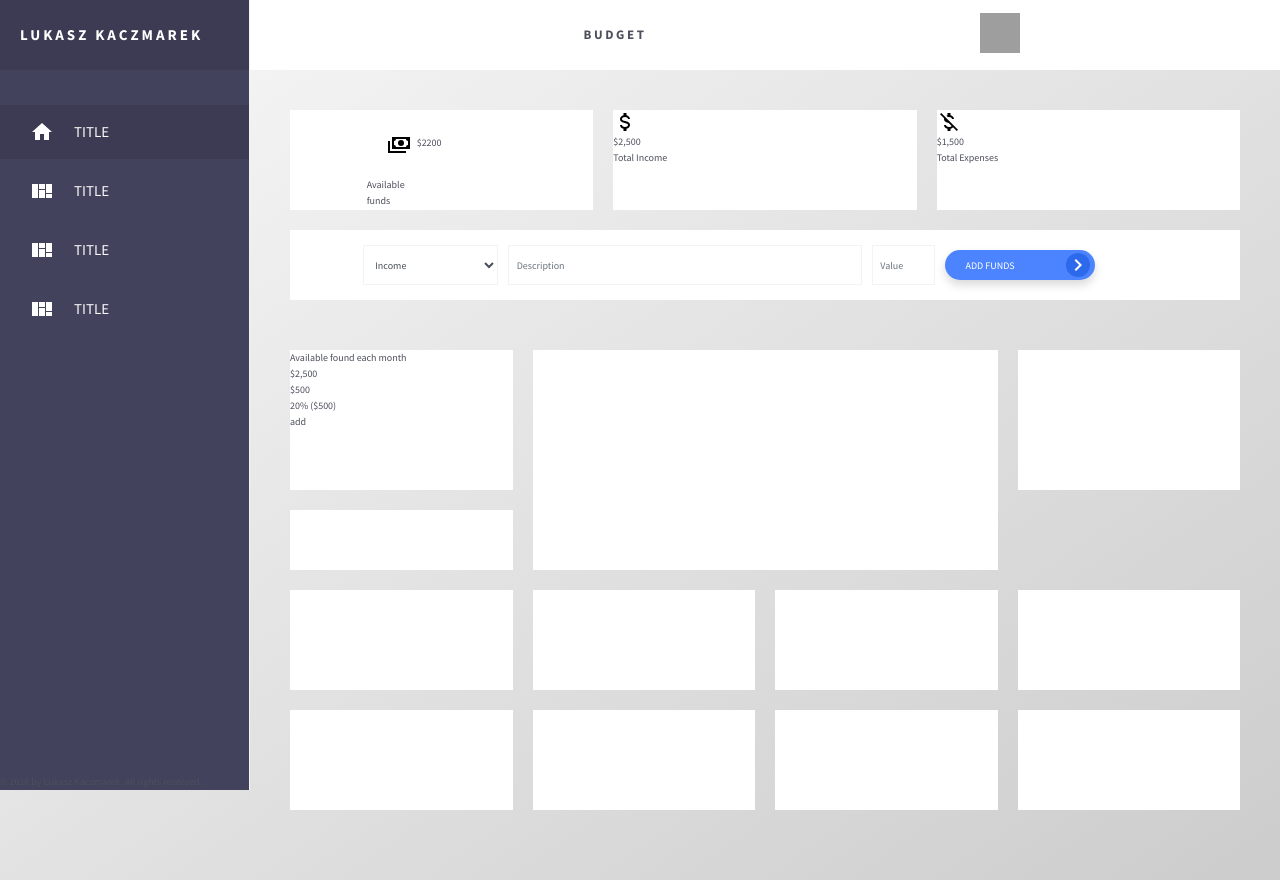
Repository: Archezi/BudgetApplication
Page: index.html
An editor plug-in stored every save of this project. The page is shown before and after the next save, followed by the edit.
The browser window is 1280 px wide. The pictures show the whole page.
Pictures or frames that could not be fetched are drawn as grey boxes. The style sheet was rebuilt from its Sass, Less or Tailwind sources for each picture, by a compiler version that may differ from the author's.

Above is the page before, as saved 2018-08-29 23:50:11.
Console error: TypeError: $(...).formSelect is not a function

### index.html
<!DOCTYPE html>
<html lang="en">
<head>
    <meta charset="UTF-8">
    <meta name="viewport" content="width=device-width, initial-scale=1.0">
    <meta http-equiv="X-UA-Compatible" content="ie=edge">
    <link href="https://fonts.googleapis.com/css?family=Source+Sans+Pro:300,400,700" rel="stylesheet">
    <!--Import Google Icon Font-->
    <link href="https://fonts.googleapis.com/icon?family=Material+Icons" rel="stylesheet">
    <!--Import materialize.css-->
    <link type="text/css" rel="stylesheet" href="css/bootstrap.min.css"  media="screen,projection"/>
    <!-- Website style.css-->
    <link rel="stylesheet" href="css/style.comp.css">

    <title>Budget Application</title>

</head>
<body>
   <div class="web__container">
        <header class="header">
            <div class="logo">
                <h1>Lukasz Kaczmarek</h1>
            </div>
            <div class="page_title">
                <h2>Budget</h2>
            </div>
            <div class="user-nav">
                <div class="user-nav__icon"></div>
                <div class="user-nav__profile">
                    <img src="https://source.unsplash.com/random/40x40" alt="">
                </div>
            </div>
        </header>

        <div class="content">
            <nav class="sidebar">
                <ul class="side-nav">
                    <li class="side-nav__item side-nav__item--active">
                        <a href="#" class="side-nav__link">
                                <svg class="side-nav__icon" style="width:24px;height:24px" viewBox="0 0 24 24">
                                    <path fill="#fff" d="M10,20V14H14V20H19V12H22L12,3L2,12H5V20H10Z" />
                                </svg>
                            <span>Title</span>
                        </a>
                    </li>
                    <li class="side-nav__item ">
                        <a href="#" class="side-nav__link">
                            <svg class="side-nav__icon" style="width:24px;height:24px" viewBox="0 0 24 24">
                                <path fill="#000000" d="M2,5V19H8V5H2M9,5V10H15V5H9M16,5V14H22V5H16M9,11V19H15V11H9M16,15V19H22V15H16Z" />
                            </svg>
                            <span>Title</span>
                        </a>
                    </li>
                    <li class="side-nav__item ">
                        <a href="#" class="side-nav__link">
                            <svg class="side-nav__icon" style="width:24px;height:24px" viewBox="0 0 24 24">
                                <path fill="#000000" d="M2,5V19H8V5H2M9,5V10H15V5H9M16,5V14H22V5H16M9,11V19H15V11H9M16,15V19H22V15H16Z" />
                            </svg>
                            <span>Title</span>
                        </a>
                    </li>
                    <li class="side-nav__item ">
                        <a href="#" class="side-nav__link">
                            <svg class="side-nav__icon" style="width:24px;height:24px" viewBox="0 0 24 24">
                                <path fill="#000000" d="M2,5V19H8V5H2M9,5V10H15V5H9M16,5V14H22V5H16M9,11V19H15V11H9M16,15V19H22V15H16Z" />
                            </svg>
                            <span>Title</span>
                        </a>
                    </li>
                </ul>

                <div class="legal">
                    &copy; 2018 by Lukasz Kaczmarek. All rights reserved.
                </div>
            </nav>

            <div class="main">

                <div class="overview">
                    <div class="total__available-funds">
                        <svg style="width:24px;height:24px" viewBox="0 0 24 24">
                            <path fill="#000000" d="M5,6H23V18H5V6M14,9A3,3 0 0,1 17,12A3,3 0 0,1 14,15A3,3 0 0,1 11,12A3,3 0 0,1 14,9M9,8A2,2 0 0,1 7,10V14A2,2 0 0,1 9,16H19A2,2 0 0,1 21,14V10A2,2 0 0,1 19,8H9M1,10H3V20H19V22H1V10Z" />
                        </svg>
                        <div class="total-funds">$2200</div>
                        <div class="total-funds-description">Available funds</div>
                    </div>
                    <div class="total__income">
                        <svg style="width:24px;height:24px" viewBox="0 0 24 24">
                            <path fill="#000000" d="M7,15H9C9,16.08 10.37,17 12,17C13.63,17 15,16.08 15,15C15,13.9 13.96,13.5 11.76,12.97C9.64,12.44 7,11.78 7,9C7,7.21 8.47,5.69 10.5,5.18V3H13.5V5.18C15.53,5.69 17,7.21 17,9H15C15,7.92 13.63,7 12,7C10.37,7 9,7.92 9,9C9,10.1 10.04,10.5 12.24,11.03C14.36,11.56 17,12.22 17,15C17,16.79 15.53,18.31 13.5,18.82V21H10.5V18.82C8.47,18.31 7,16.79 7,15Z" />
                        </svg>
                        <div class="income-funds">$2,500</div>
                        <div class="income-description">Total Income</div>

                    </div>
                    <div class="total__expenses">
                        <svg style="width:24px;height:24px" viewBox="0 0 24 24">
                            <path fill="#000000" d="M3,4.27L4.28,3L21,19.72L19.73,21L16.06,17.33C15.44,18 14.54,18.55 13.5,18.82V21H10.5V18.82C8.47,18.31 7,16.79 7,15H9C9,16.08 10.37,17 12,17C13.13,17 14.14,16.56 14.65,15.92L11.68,12.95C9.58,12.42 7,11.75 7,9C7,8.77 7,8.55 7.07,8.34L3,4.27M10.5,5.18V3H13.5V5.18C15.53,5.69 17,7.21 17,9H15C15,7.92 13.63,7 12,7C11.63,7 11.28,7.05 10.95,7.13L9.4,5.58L10.5,5.18Z" />
                        </svg>
                        <div class="expenses-funds">$1,500</div>
                        <div class="expenses-description">Total Expenses</div>

                    </div>
                </div>
                <div class="input__section-wrapper">
                    <div class="input__section">
                        <select  class="form-control input__type ">
                            <!-- <option value="" >Choose type</option> -->
                            <option class="input__option" value="inc">Income</option>
                            <option class="input__option" value="exp">Expense</option>
                        </select>
                        <input placeholder="Description" class="form-control input__description" type="text">
                        <input placeholder="Value" class="form-control input__value" type="text">
                        <button class="shadow btn input__btn add__btn">Add Funds
                                <svg style="width:24px;height:24px" viewBox="0 0 24 24">
                                    <path fill="#000000" d="M8.59,16.58L13.17,12L8.59,7.41L10,6L16,12L10,18L8.59,16.58Z" />
                                </svg>
                        </button>
                    </div>
                </div>




                <div class="budget">
                    <div class="available-funds-panel">
                        <div class="available-funds__title">Available found each month</div>
                        <div class="available-found__value">$2,500</div>
                        <div class="available-found__deposit">$500</div>
                        <div class="available-found__deposit--percentage">20% ($500)</div>
                        <div class="available-found__btn add__btn">
                            <i></i>add
                        </div>
                    </div>
                    <div class="income-panel">
                    </div>
                    <div class="history-panel"></div>
                    <div class="expenses-panel"></div>
                </div>
                <div class="statistics">
                    <div class="net-profit-panel"></div>
                    <div class="tax-panel"></div>
                    <div class="savings-panel"></div>
                    <div class="projections"></div>

                </div>
                <div class="statistics">
                    <div class="net-profit-panel"></div>
                    <div class="tax-panel"></div>
                    <div class="savings-panel"></div>
                    <div class="projections"></div>

                </div>



            </div>


        </div>




   </div>

   <!-- Compiled and minified JavaScript -->
   <script src="js/jquery.min.js"></script>
   <script src="js/bootstrap.js"></script>
   <!-- <script src="https://cdnjs.cloudflare.com/ajax/libs/materialize/1.0.0-rc.2/js/materialize.min.js"></script> -->
   <script src="js/myscript.js"></script>
</body>
</html>

### js/myscript.js
$(document).ready(function(){
    $('select').formSelect();
  });

### sass/main.scss
@import "base/reset";
@import "base/base";
@import "base/typography";

@import "abstracts/variables";
@import "components/mainComponent";
@import "components/layout";

### sass/base/_base.scss
:root {
    --color-primary: #eb2f64;
    --color-primary-light: #FF3366;
    --color-primary-dark: #BA265D;

    --color-background-dark: #3C3B53;
    --color-background-light: #43425D;

    --color-grey-light-1: #faf9f9;
    --color-grey-light-2: #f4f2f2;
    --color-grey-light-3: #f0eeee;
    --color-grey-light-4: #ccc;

    --color-grey-dark-1: #333;
    --color-grey-dark-2: #4D4F5C;
    --color-grey-dark-3: #999;
    --color-white: #fff;
    --shadow-dark: 0 2rem 6rem rgba(0,0,0,.3);
    --shadow-light: 0 2rem 5rem rgba(0,0,0,.06);


    --button-primary-blue: #4c84ff;
    --button-primary-blue-darker: #2d69eb;


    --line: 1px solid var(--color-grey-light-2);
}

$bp-largest: 75em;     // 1200px
$bp-large: 68.75em;    // 1100px
$bp-medium: 56.25em;   // 900px
$bp-small: 37.5em;     // 600px
$bp-smallest: 31.25em; // 500px

* {
    margin: 0;
    padding: 0;
}

*,
*::before,
*::after {
    box-sizing: inherit;
}

html {
    box-sizing: border-box;
    font-size: 62.5%; // 1rem = 10px, 10px/16px = 62.5%

    @media only screen and (max-width: $bp-large) {
        font-size: 50%;
    }
}

body {


    color: var(--color-grey-dark-2);
    background-image: linear-gradient(to right bottom, var(--color-grey-light-1), var(--color-grey-light-4));
    background-size: cover;
    background-repeat: no-repeat;

    min-height: 100vh;
}

### sass/base/_typography.scss
body {

    font-weight: 400;
    line-height: 1.6;
    font-family: 'Source Sans Pro', sans-serif;
    text-rendering: optimizeLegibility;
    -webkit-font-smoothing: antialiased;

}

### sass/abstracts/_variables.scss
$header-height: 7rem;
$sidebar-width: 25rem;
$main: calc(4rem + $header-height );
$fraction: 1fr;

### sass/components/_mainComponent.scss

//////////////////////////////////////////
// Header

.logo {
    width: 25rem;
    padding: 0 2rem;

    border-right: var(--line);
    background: var(--color-background-dark);
    h1 {

        align-self: center;
        font-size: 1.5rem;
        font-weight: 700;
        line-height: 2rem;
        letter-spacing: 0.2em;
        text-transform: uppercase;
        padding: 2.5rem 0;
        color: var(--color-white);

    }
}
.page_title {
    width: 30rem;
    text-align: center;
    h2 {
        font-size: 1.3rem;
        font-weight: 700;
        letter-spacing: 0.2em;
        text-transform: uppercase;
    }
}
.user-nav {
    width: 30rem;
}
.side-nav {
    font-size: 1.5rem;
    list-style: none;
    margin-top: 3.5rem;

    &__item {
        position: relative;
        float: none;
        &:not(:last-child) {
            margin-bottom: .5rem;
        }
    }
    &__item::before {
        content: "";
        position: absolute;
        top: 0;
        left: 0;
        height: 100%;
        width: 3px;
        background-color: var(--color-background-dark);
        transform: scaleY(0);
        transition: transform .2s,
                    width .4s cubic-bezier(1,0,0,1) .2s,
                    background-color .1s;
    }

    &__item:hover::before,
    &__item--active::before {
        transform: scaleY(1);
        width: 100%;
    }

    &__item:active::before {
        background-color: var(--color-background-light);
    }

    &__link:link,
    &__link:visited {
        color: var(--color-grey-light-1);
        text-decoration: none;
        text-transform: uppercase;
        display: block;
        padding: 1.5rem 3rem;
        position: relative;
        z-index: 10;

        display: flex;
        align-items: center;

        @media only screen and (max-width: $bp-medium) {
            justify-content: center;
            padding: 2rem;
        }

        @media only screen and (max-width: $bp-small) {
            flex-direction: column;
            padding: 1.5rem .5rem;
        }
    }

    &__icon {
        width: 1.75rem;
        height: 1.75rem;
        margin-right: 2rem;
        fill: currentColor;
        path {
            fill: #fff;
        }
        @media only screen and (max-width: $bp-small) {
            margin-right: 0;
            margin-bottom: .7rem;
            width: 1.5rem;
            height: 1.5rem;
        }
    }
}

////////////////////////////////////////
// INPUT BAR
.input {
    &__section-wrapper {

    }
    &__section {

        .form-control {

            border-radius: 0;
            border-color: var(--color-grey-light-2);
        }
    }
    &__type {

    }
    &__description {

    }
    &__value {

    }
    &__option {
        width: 100%;
    }
    &__btn {
        position: relative;
        border-radius: 3rem;
        width: 15rem;
        height: 3rem;
        color: var(--color-white);
        background: var(--button-primary-blue);
        text-align: left;
        text-transform: uppercase;
        padding-left: 2rem;
        svg {
            position: absolute;
            top: 50%;
            right: .4rem;
            background-color: var(--button-primary-blue-darker);
            border-radius: 50%;
            transform: translateY(-50%);
            path { fill: var(--color-white);}

            &::before {
                width: 1rem;
                height: 1rem;
                padding: 1rem;
                border-radius: 50%;
                background: blue;
            }
        }
    }

}

### sass/components/_layout.scss
.web__container {
    max-width: 100% !important;
    min-height: 100vh;
    margin: 0 auto;

}

.header {
    height: $header-height;
    background: var(--color-white);
    position: fixed;
    top: 0;
    width: 100%;
    display: flex;
    justify-content: space-between;
    align-items: center;
    z-index: 1000;
}
.content {

}

///////////////////////////////////////
// SIDEBAR

.sidebar {
    border-right: var(--line);
    background-color: var(--color-background-light);
    position: fixed;
    left: 0;
    top: 0;
    width: 25rem;
    margin-top: $header-height;
    // width: 25rem;
    display: flex;
    flex-direction: column;
    justify-content: space-between;
    min-height: calc(100vh );
    z-index: 999;
}

//////////////////////////////////////////
// MAIN
.main {
    margin-top: $header-height;
    padding: 4rem 4rem 7rem 29rem;
    width: 100%;
    min-height: calc(100vh - 7rem);
    display: grid;
    grid-gap: 2rem;
    grid-auto-rows: minmax(10rem, auto);



    ////////////////////////////////////////
    // OVERVIEW
    .overview {
        display: grid;
        grid-gap: 2rem;
        grid-template-columns: repeat(3, 1fr);

        & > * {
            background: var(--color-white);
        }

        .total {
            &__available-funds {
                display: grid;
                grid-template-columns: 5rem 10rem;
                grid-template-rows: 2;
                align-items: center;
                justify-content: center;
                svg {
                    margin: 2rem;
                }
            }
            &-funds {

            }
            &-funds-description {

            }

            &__income {

                &-funds {

                }
                &-description {

                }
            }
            &__expenses {

                &-funds {

                }
                &-description {

                }
            }
        }


    }

    ////////////////////////////////////////
    // INPUT BAR
    .input {
        &__section-wrapper {
            display: grid;
            height: 7rem;
            background: var(--color-white);
            align-content: center;
            justify-content: center;
        }
        &__section {
            display: grid;
            grid-gap: 1rem;
            grid-template-columns: repeat(12, 1fr);
            align-items: center;

            .form-control {
                height: 4rem;
                border-radius: 0;
                border-color: var(--color-grey-light-2);
            }
        }
        &__type {
            grid-column: 2 / span 2;
        }
        &__description {
            grid-column: 4 / span 5;
        }
        &__value {
            grid-column: 9 / span 1;
        }
        &__btn {
            grid-column: 10 / span 1;

        }

    }

    .budget {
        display: grid;
        grid-gap: 2rem;
        grid-template-columns: repeat(4, 1fr);
        grid-row: span 2;
        & > * {
            background: var(--color-white);
        }
        .history-panel {
            grid-column: 2 / span 2;
            grid-row: 1 / span 2;
            grid-auto-rows: $fraction;
        }
    }

    .statistics {
        display: grid;
        grid-gap: 2rem;
        grid-template-columns: repeat(4, 1fr);

        & > * {
            background: var(--color-white);
        }

    }
}


//////////////////////////////////////////////@at-root
// Footer
.footer {
    position: absolute;
    bottom: 0;
    background: var(--color-white);
    z-index: 1;
    height: $header-height;
    width: calc(100%);
    z-index: 100;
}

Loaded but not shown: css/bootstrap.min.css (library); js/jquery.min.js (library); js/bootstrap.js (library); sass/base/_reset.scss (common file)

After the next save:
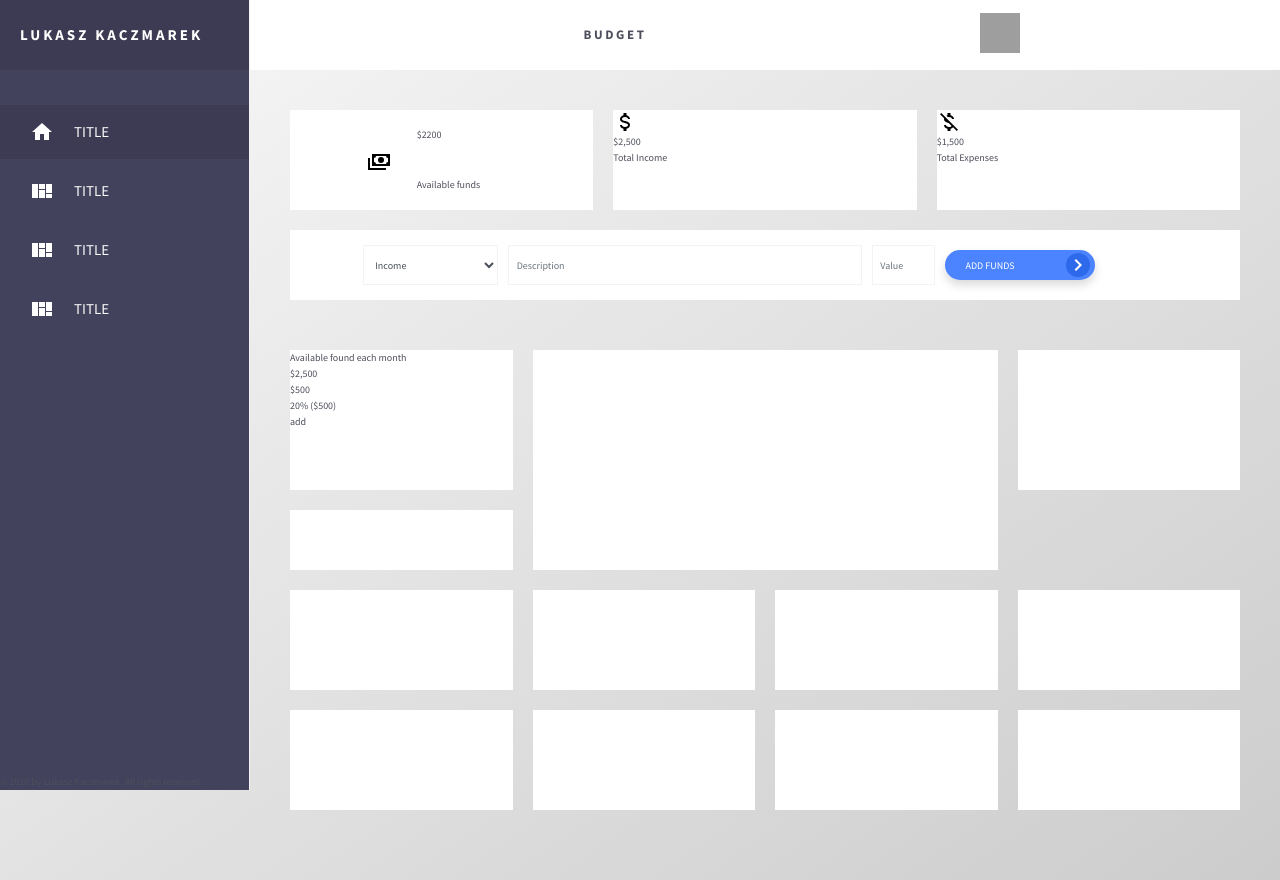
Saved 48 s later.
--- a/sass/components/_layout.scss
+++ b/sass/components/_layout.scss
@@ -67,11 +67,11 @@
             &__available-funds {
                 display: grid;
                 grid-template-columns: 5rem 10rem;
-                grid-template-rows: 2;
+                grid-auto-rows: auto;
                 align-items: center;
                 justify-content: center;
                 svg {
-                    margin: 2rem;
+                    grid-row: span 2;
                 }
             }
             &-funds {
